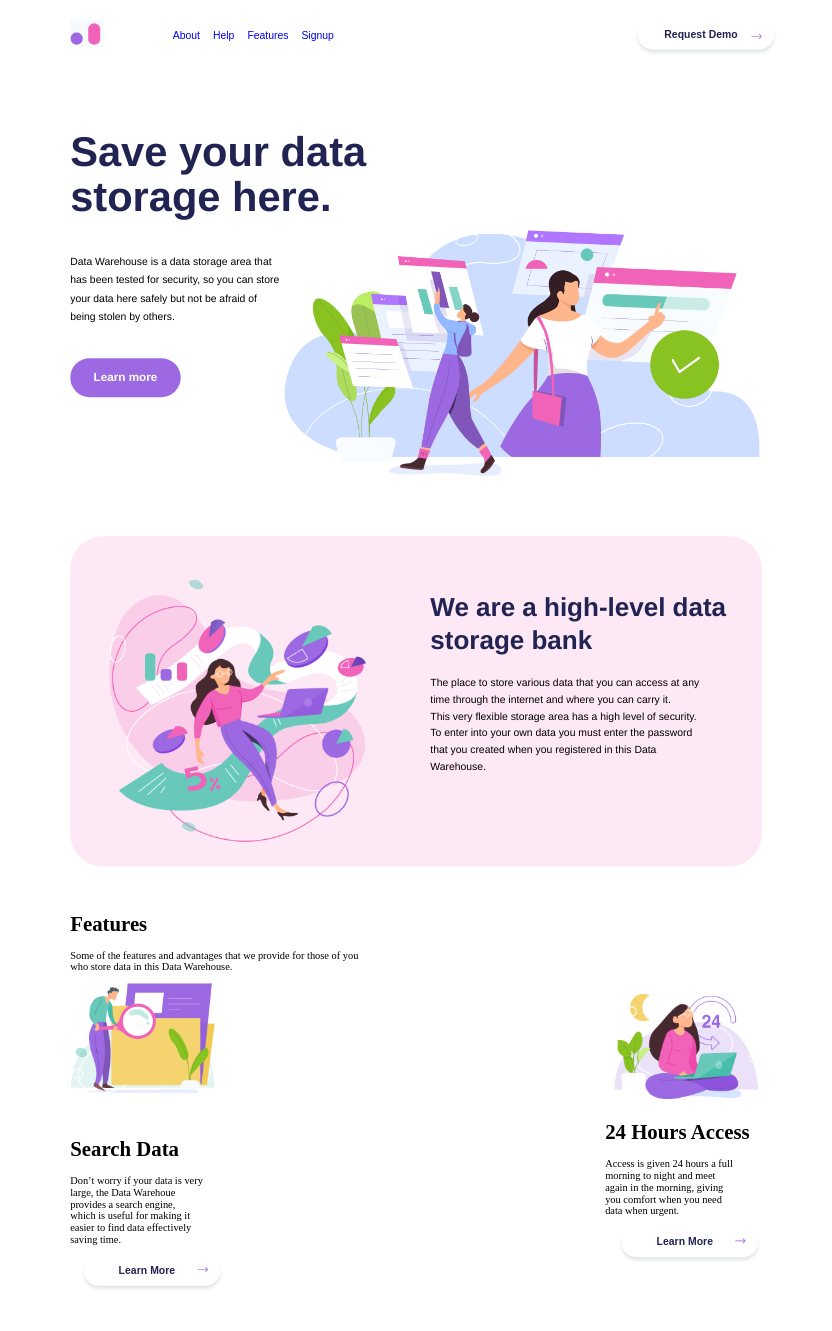
Repository: batonAnton/HW6_flexbox
Page: index.html
These files come from the project's save history. The page is drawn as it stood at one moment and after the next save; the edit follows.
The browser window is 1280 px wide. The pictures show the whole page, at 65% of full size.
Some web fonts or font styles are not loaded; a fallback is used.

Above is the page before, as saved 2022-06-18 12:07:13.

### index.html
<!DOCTYPE html>
<html lang="en">
<head>
    <meta charset="UTF-8">
    <meta http-equiv="X-UA-Compatible" content="IE=edge">
    <meta name="viewport" content="width=device-width, initial-scale=1.0">
    <link href="http://fonts.cdnfonts.com/css/helvetica-neue-9" rel="stylesheet">
    <link rel="stylesheet" href="./fonts/Helvetica-Bold.ttf">
    <link rel="stylesheet" href="./fonts/AvenirLTStd-Black.otf">
    <link rel="stylesheet" href="/css/style.css">
    <title>FlexBox</title>
</head>
<body>
    <header>
        <div class="logo">
            <img src="./images/logo.png" alt="logo">
        </div>

        <nav>
            <ul>
                <li>
                    <a href="#">about</a>
                </li>
                <li>
                    <a href="#">help</a>
                </li>
                <li>
                    <a href="#">features</a>
                </li>
                <li>
                    <a href="#">signup</a>
                </li>
            </ul>
        </nav>

        <div class="header-btn">
            <div>
                <button>request demo</button>
            </div>
            <div class="btn-img">
                <img src="./images/right-arrow.png" alt="arrow-right" >
            </div>
        </div>
    </header>

    <div class="section allstyles">
        <div class="info">
            <h1>Save your data <br> storage here.</h1>
            <p>Data Warehouse is a data storage area that <br>has been
                tested for security, so you can store <br> your data here
                safely but not be afraid of <br> being stolen by others.</p>
            <button>Learn more</button>
        </div>

        <div class="section-img">
            <img src="./images/headerImg.png" alt="">
        </div>
    </div>

    <div class="section2 allstyles">
        <div class="sectin2-img">
            <img src="./images/assideimg.png" alt="assideimg">
        </div>

        <div class="section2-info">
            <h1>We are a high-level data <br> storage bank</h1>
            <p>
                The place to store various data that you can access at any <br> time through the internet  and where you can carry it. <br>
                This very flexible storage area has a high level of security. <br> To enter into your own data you must enter the password <br> that you created when you registered in this Data <br> Warehouse.
            </p>
        </div>
    </div>

    <div class="section3 allstyles">
        <h1>Features</h1>
        <p>Some of the features and advantages that we provide for those of you <br> who store data in this Data Warehouse.</p>

        <div class="row1">
            <div class="block">
                <img src="./images/section3/image1 1.png" alt="img">
                <h1>Search Data</h1>
                <p>
                    Don’t worry if your data is very <br> large, the Data Warehoue <br> provides a search engine, <br> which is useful for making it <br> easier to find data effectively <br> saving time.
                </p>

                <div class="header-btn">
                    <div>
                        <button>Learn More</button>
                    </div>
                    <div class="btn-img">
                        <img src="./images/right-arrow.png" alt="arrow-right" >
                    </div>
                </div>
            </div>

            <div class="block">
                <img src="./images/section3/image2.png" alt="img">
                <h1>24 Hours Access</h1>
                <p>
                    Access is given 24 hours a full <br> morning to night and
                    meet <br> again in the morning, giving <br> you comfort when
                    you need <br> data when urgent.
                </p>

                <div class="header-btn">
                    <div>
                        <button>Learn More</button>
                    </div>
                    <div class="btn-img">
                        <img src="./images/right-arrow.png" alt="arrow-right" >
                    </div>
                </div>
            </div>
        </div>
    </div>
</body>
</html>

### css/style.css
body {
  box-sizing: border-box;
  font-family: "Avenir";
}

.allstyles{
    margin: 70px 100px;
}

header {
  display: flex;
  margin: 30px 100px;
  justify-content: space-between;
  /* border: 1px solid gray; */
 font-family: Arial, Helvetica, sans-serif;
  font-size: 16px;
}


nav {
  margin-right: 40%;
}

nav ul {
  display: flex;
  list-style: none;
  color: #4b5d68;
}

nav ul li a {
  text-decoration: none;
  padding-left: 20px;
  text-transform: capitalize;
}

.header-btn {
  display: flex;
  justify-content: center;
}


.header-btn button {
  padding: 15px 30px 15px 15px;
  text-transform: capitalize;
  border: none;
  border-radius: 50px;
  background: #ffffff;
  box-shadow: 0px 5px 5px rgb(75 93 104 / 15%);
  width: 210px;
  color: #212353;
  font-size: 16px;
  font-weight: 800;
  line-height: 100%;
  letter-spacing: 0.005em;
}

.btn-img {
  margin-left: -35px;
  padding-left: -15px;
  align-self: center;
}

button img {
  padding-top: 5px;
  margin-left: 5px;
}

button:hover {
  border: 1px solid rgba(156, 105, 226, 1);
  text-decoration: underline;
}

.section {
  display: flex;
  position: relative;
  height: 600px;
  overflow: hidden;
}


.info {
  width: 50%;
}

.section h1 {
  font-style: normal;
  font-weight: 700;
  font-size: 4rem;
  line-height: 110%;
  font-family: "Helvetica Neue", sans-serif;
  color:#212353;
  font-weight: 700;
}



.section p {
  font-family: 'Avenir', Helvetica, sans-serif;
  font-style: normal;
  font-weight: 500;
  font-size: 16px;
  line-height: 28px;
  margin-top: 50px;
  margin-bottom: 50px;
}

.section-img {
  position: absolute;
  bottom: 1%;
  right: -13%;
}
.section-img img {
  width: 84%;
}

.info button{
    font-family: 'Avenir', Helvetica, sans-serif;
    font-style: normal;
    font-weight: 700;
    font-size: 18px;
    line-height: 160%;
    background-color: #9C69E2;
    border-radius: 50px;
    color: #ffffff;
    width: 170px;
    height: 60px;
    border: none;
    cursor: pointer;
}


.section2{
    display: flex;
    justify-content: space-between;
    background: rgba(240, 99, 184, 0.15);
    border-radius: 50px;
    font-family: 'Avenir', Helvetica, sans-serif;
}

.section2 h1{
    font-style: normal;
    font-weight: 700;
    font-size: 40px;
    line-height: 130%;
    color: #212353;
}

.section2 p{
    font-family: 'Avenir', Helvetica, sans-serif;
font-style: normal;
font-weight: 400;
font-size: 16px;
line-height: 160%;
}

.section2-info{
    padding:55px;
}


.section3-header{
    text-align: center;
    margin: 75px;
}

.row1{
    display: flex;
    justify-content: space-between;
}

.block{
    display: ;
}

After the next save:
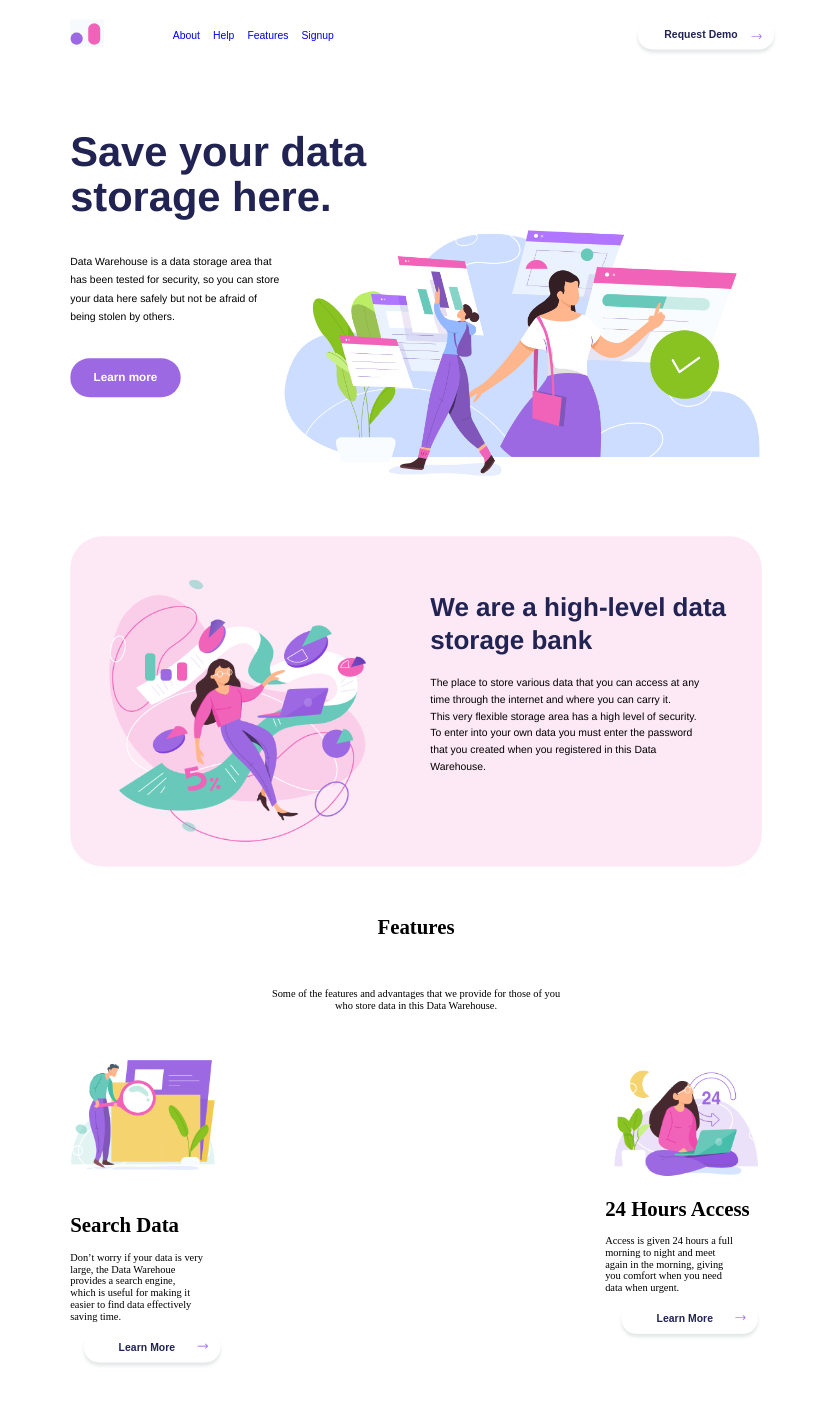
Saved 3 min 54 s later.
--- a/index.html
+++ b/index.html
@@ -72,8 +72,8 @@
     </div>
 
     <div class="section3 allstyles">
-        <h1>Features</h1>
-        <p>Some of the features and advantages that we provide for those of you <br> who store data in this Data Warehouse.</p>
+        <h1 class="section3-header"> Features</h1>
+        <p class="section3-header">Some of the features and advantages that we provide for those of you <br> who store data in this Data Warehouse.</p>
 
         <div class="row1">
             <div class="block">
